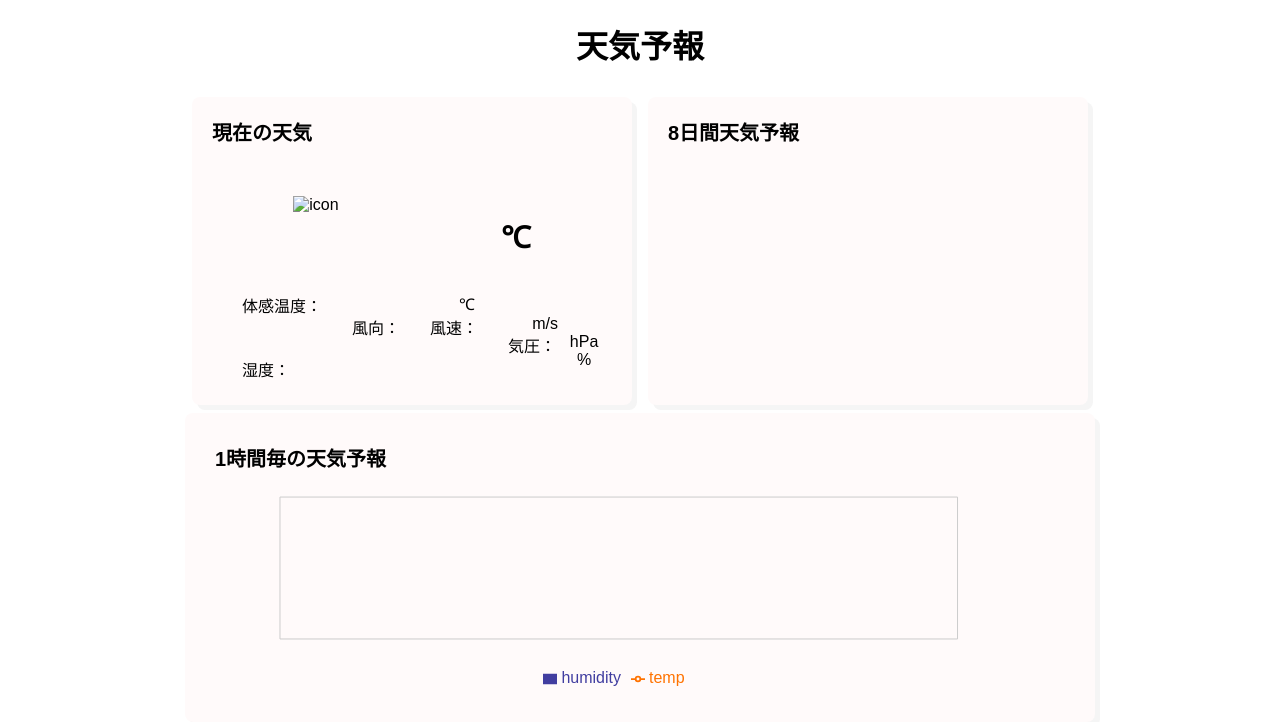
Repository: IshigureTomoki/weather-app
Page: /
An editor plug-in stored every save of this project. The page is shown before and after the next save, followed by the edit.
The browser window is 1280 px wide. The pictures show the whole page.
The page's requests for data from a server got no answer. The project was rebuilt for these pictures with package versions that can differ from the ones it lists, and the page was loaded fresh each time. No one was signed in, and anything a server would have sent is missing.

Above is the page before, as saved 2022-02-25 15:21:35.

After the next save:
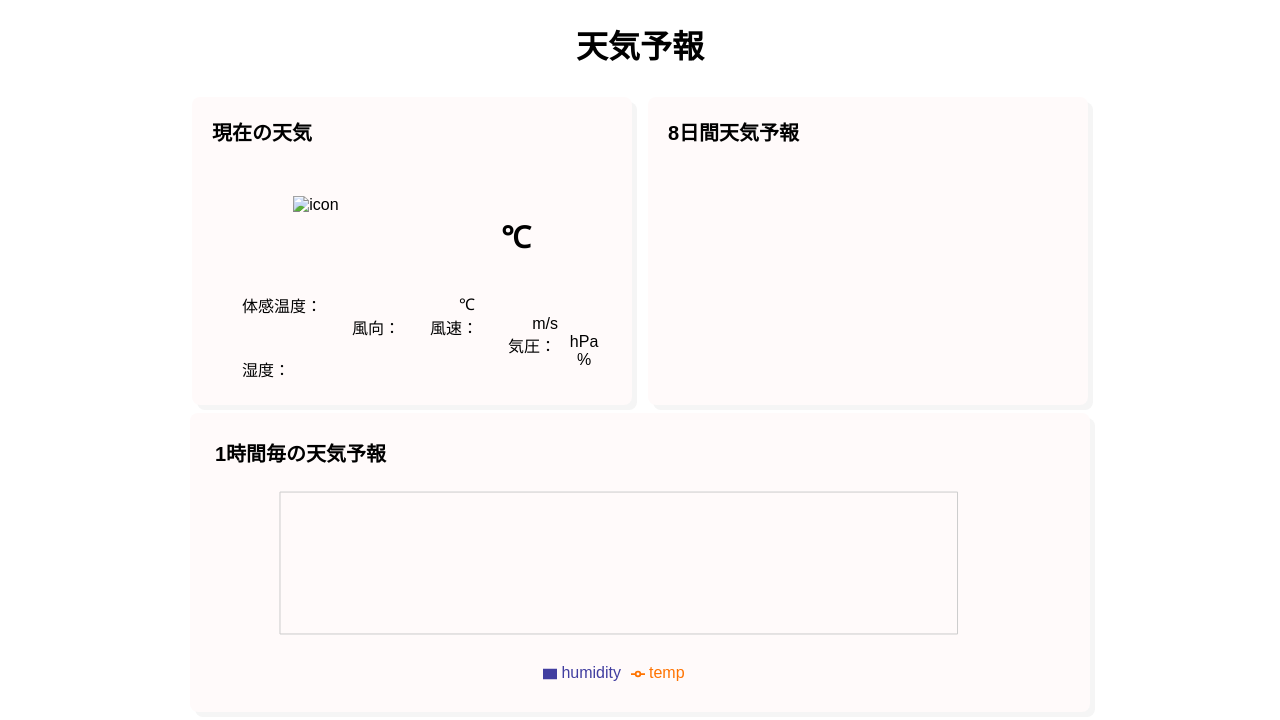
Saved 5 s later.
--- a/src/App.css
+++ b/src/App.css
@@ -83,7 +83,7 @@ dt::after {
   background-color: #fffafa;
   box-shadow: 5px 5px #f5f5f5;
   width: 850px;
-  padding: 30px;
+  padding: 25px;
   margin: 0 auto;
   border-radius: 8px;
 }
